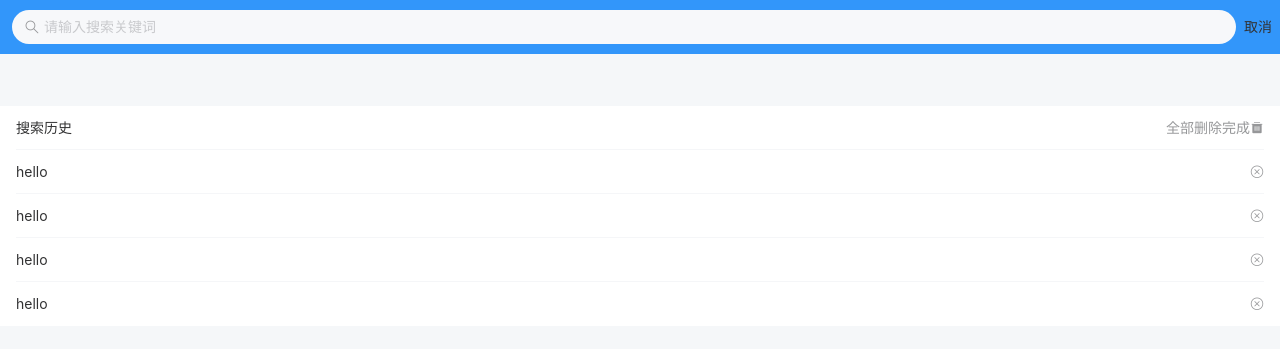
Repository: Tsukiau/toutiao-m
Page: /#/search
An editor plug-in stored every save of this project. The page is shown before and after the next save, followed by the edit.
The browser window is 1280 px wide. The pictures show the whole page.
The project was rebuilt for these pictures with package versions that can differ from the ones it lists, and the page was loaded fresh each time. Also part of the build but not shown: vue.config.js, src/utils/request.js, src/api/search.js, src/views/search/components/search-suggestion.vue, src/views/search/components/search-result.vue. Imported but missing from the stored project, and not drawn on this page: src/views/home/components/channel-edit.vue.

Above is the page before, as saved 2022-10-21 15:20:23.

After the next save:
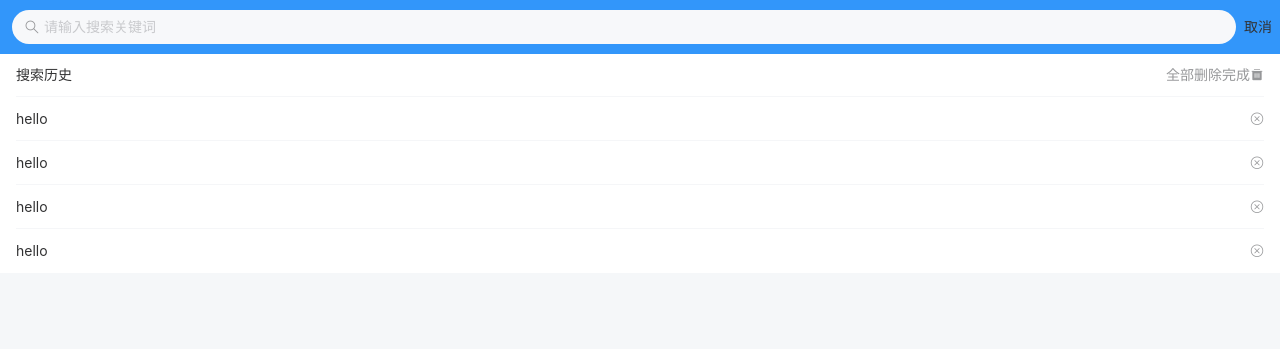
Saved 7 s later.
--- a/src/views/search/index.vue
+++ b/src/views/search/index.vue
@@ -69,7 +69,7 @@ export default {
 
 <style scoped lang='less'>
 .search-container{
-  padding-top: 106px;
+  padding-top: 53px;
 
 }
 .van-search__action {
